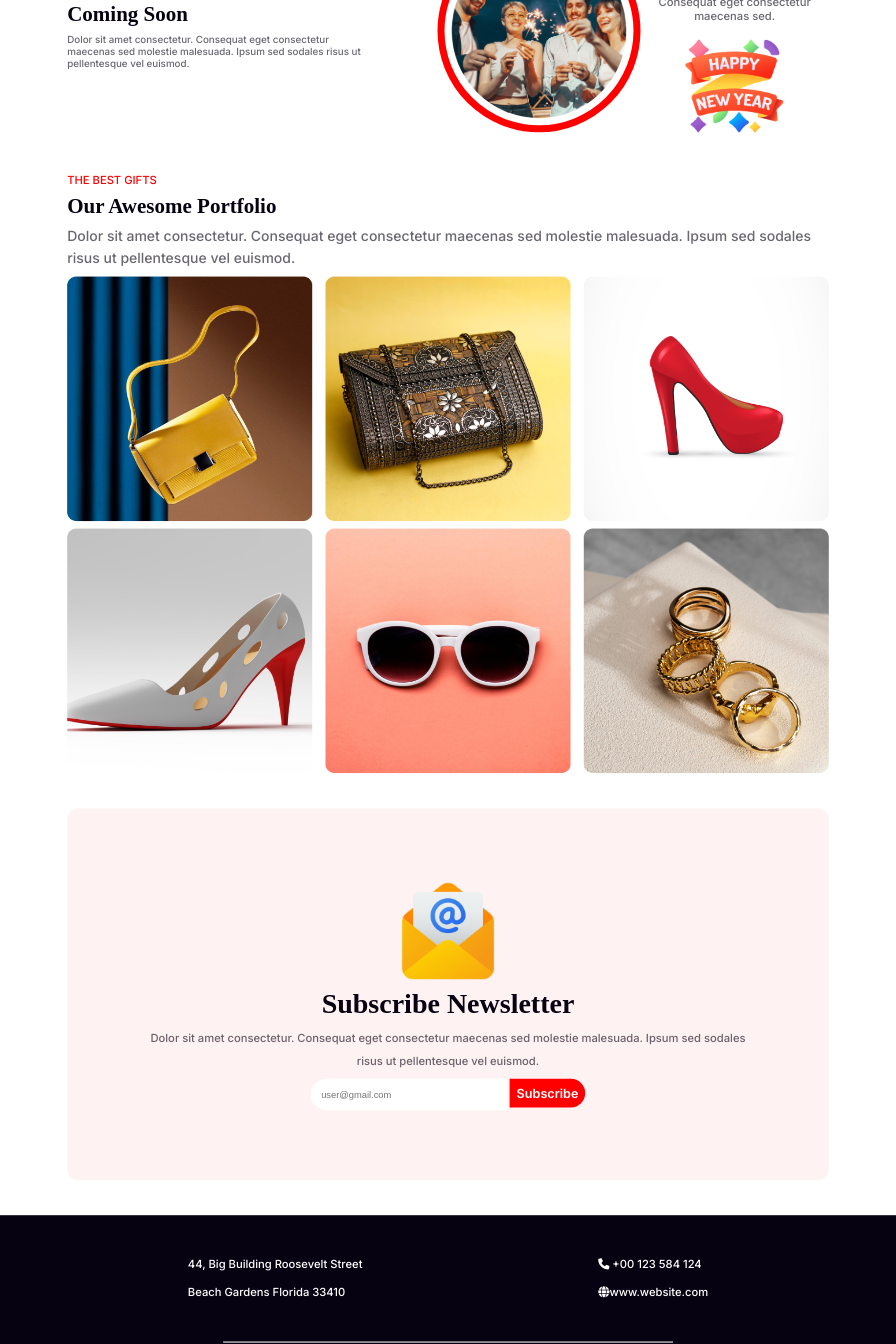
Repository: sumonkumarsarkar/new-year-2024
Page: index.html
These files come from the project's save history. The page is drawn as it stood at one moment and after the next save; the edit follows.
The browser window is 1280 px wide. The pictures show the part of the page from y = 2540 to 4460 px (the page is 4813 px tall before and 4879 px after), at 70% of full size.

Above is the page before, as saved 2024-01-08 16:32:40.

### index.html
<!DOCTYPE html>
<html lang="en">
  <head>
    <meta charset="UTF-8" />
    <meta name="viewport" content="width=device-width, initial-scale=1.0" />
    <title>Happy Nwe Year-2024</title>
    <link rel="preconnect" href="https://fonts.googleapis.com" />
    <link rel="preconnect" href="https://fonts.gstatic.com" crossorigin />
    <link
      href="https://fonts.googleapis.com/css2?family=Inter:wght@100;200;300;500;600;700&display=swap"
      rel="stylesheet"
    />

    <link rel="stylesheet" href="https://cdnjs.cloudflare.com/ajax/libs/font-awesome/6.5.1/css/all.min.css" integrity="sha512-DTOQO9RWCH3ppGqcWaEA1BIZOC6xxalwEsw9c2QQeAIftl+Vegovlnee1c9QX4TctnWMn13TZye+giMm8e2LwA==" crossorigin="anonymous" referrerpolicy="no-referrer" />
    <link rel="stylesheet" href="/style.css" />
  </head>
  <body>
    <!-- banner-section start  -->
    <header>
      <div class="container banner">
        <div class="heading-text">
          <h4>Happy New Year</h4>
          <h3>New Year Party Celebration</h3>
        </div>
      </div>
    </header>
    <!-- banner-section end  -->

    <!-- holiday deal start  -->
    <section id="holiday-deal">
      <div class="container-holiday">
        <div class="holiday-text">
          <h2>65% OFF</h2>
          <p>OUR HOLIDAY DEALS ARE BETTER</p>
          <h4>ALL CATEGORIES</h4>
        </div>
        <div class="holiday-img">
          <img src="./image/New Year Photo.png" alt="" />
        </div>
      </div>
    </section>
    <!-- holiday deal end  -->

    <section id="midnight-section">
      <div class="container midnight-banner">
        <div class="midnight-content">
          <div class="midnight-text">
            <h3>Welcome to midnight party</h3>
            <p>
              Dolor sit amet consectetur. Consequat eget consectetur maecenas
              sed molestie malesuada. Ipsum sed sodales risus ut pellentesque
              vel euismod.
            </p>
            <button type="button">JOIN NOW</button>
          </div>
          <div class="midmight-img">
            <img src="./image/Group 70.png" alt="" />
          </div>
        </div>
      </div>
    </section>

     <!-- park hotel start  -->
<section id="park-hotel">
    <div class="container park-hotel-text">
     <p>Place: New Park Hotel</p>
     <p>Date: 31 December Night 2023</p>
     <p>Time: Evening 7.30 pm to 12.30 am</p>
     <button class="park-hotel-button" type="button">JOIN NOW</button>
    </div>
</section>
 <!-- park hotel end  -->


 <!-- best offer start  -->
 <section id="best-offer">
    <div class="container best-banner">
        <div class="best-offer-text">
            <div class="offer-text">
                <h5>NEW BEST OFFER</h5>
                <h4>Coming Soon</h4>
                <p>Dolor sit amet consectetur. Consequat eget consectetur maecenas sed molestie malesuada. Ipsum sed sodales risus ut pellentesque vel euismod. </p>
            </div>
            <div class="offer-img">
                <img src="./image/Ellipse 1.png" alt="">
            </div>
            <div class="offer-text-img">
                <h3>2024</h3>
                <p>Dolor sit amet consectetur. Consequat eget consectetur maecenas sed.</p>
                <img src="./image/Group 96.png" alt="">
            </div>

        </div>
    </div>
 </section>

 <!-- best offer end  -->

 <!-- holiday best offer start  -->

 <section id="holiday-offer">
    <div class="container">
        <div class="holiday-offer-text">
            <h5></h5>
        </div>
    </div>
 </section>
 <!-- holiday best offer end  -->

 <!-- portfolio section start  -->

<section id="fortfolio">
    <div class="container">
        <div class="protfolio-text-image">
            <div class="protfolio-text">
                   <h5>THE BEST GIFTS</h5>
                   <h4>Our Awesome Portfolio</h4>
                   <p>Dolor sit amet consectetur. Consequat eget consectetur maecenas sed molestie malesuada. Ipsum sed sodales risus ut pellentesque vel euismod. </p>
            </div>
            <div class="protfolio-image">
                <div class="image-div">
                    <img src="./image/Rectangle 3.png" alt="">
                    <img src="./image/Rectangle 4.png" alt="">
                    <img src="./image/Rectangle 5.png" alt="">
                </div>
                <div class="image-div">
                    <img src="./image/Rectangle 6.png" alt="">
                    <img src="./image/Rectangle 7.png" alt="">
                    <img src="./image/Rectangle 8.png" alt="">
                </div>

            </div>
        </div>
    </div>
</section>
 <!-- portfolio section end -->



 <section id="subscribe">
    <div class="container subscribe-banner">
        <div class="subscribe-content">
           <div class="subscribe-image">
            <img src="./image/Group 61.png" alt="">
           </div>
           <div class="subscribe-text">
            <h3>Subscribe Newsletter</h3>
            <p>Dolor sit amet consectetur. Consequat eget consectetur maecenas sed molestie malesuada. Ipsum sed sodales risus ut pellentesque vel euismod.</p>
           </div>

           <div class="subscribe-input">
            <input  type="email" placeholder="user@gmail.com">
            <button class="subscribe-button" type="submit">subscribe</button>
           </div>
        </div>
    </div>
 </section>

 <footer>
    <div class="footer-cntainer">
        <div class="footer-text">
            <div class="nornal-text">
                <p>44, Big Building Roosevelt Street</p>
                    <p>Beach Gardens Florida 33410</p>
            </div>
            <div class="icon-text">
                <p><span><i class="fa-solid fa-phone"></i></span> +00 123 584 124</p>
                <p><span><i class="fa-solid fa-globe"></i></span>www.website.com</p>
            </div>
        </div>
        <hr>
        <div class="icon-img">
           <img src="./image/Facebook.png" alt="">
           <img src="./image/Instagram.png" alt="">
           <img src="./image/Twitter.png" alt="">
           <img src="./image/Linkedin.png" alt="">
        </div>
       <div class="footer-last-text">
         <p>017, All Rights Reserved</p>
          <p>unsubscribe</p>
       </div>

    </div>
 </footer>


  </body>
</html>

### style.css
* {
    margin: 0;
    padding: 0;
}

body {
    font-family: "Inter", sans-serif;
    width:100%;
    max-width:1320px;
}

/* banner section end  */
.container {
    max-width: 1140px;
    width: 85%;
    margin: 50px auto;
}

.banner {
    background-image: url(./image/Banner\ Image.png);
    background-position: center;
    background-repeat: no-repeat;
    background-size: cover;
}

.heading-text {
    text-align: center;
    justify-content: center;
    padding: 177px 300px;
}

.heading-text h3 {
    color: #fff;
    text-align: center;
    font-family: Merriweather;
    font-size: 50px;
    font-style: normal;
    font-weight: 900;
}

.heading-text h4 {
    color: #fff;
    text-align: center;
    font-family: Merriweather;
    font-size: 25px;
    font-style: normal;
    font-weight: 400;
    line-height: normal;
}

/* banner section end  */

/* holiday -section start  */
.container-holiday {
    width: 85%;
    max-width: 680px;
    margin: 0 auto;
}

.holiday-text {
    text-align: center;
    justify-content: center;
    padding: 50px 50px;
    margin: 50px;
}

.holiday-text h2 {
    color: #f00;
    text-align: center;
    font-family: Inter;
    font-size: 70px;
    font-style: normal;
    font-weight: 700;
    line-height: normal;
}

.holiday-text p {
    color: #f00;

    text-align: center;
    font-family: Inter;
    font-size: 20px;
    font-style: normal;
    font-weight: 500;
    line-height: normal;
}

.holiday-text h4 {
    color: #070211;

    text-align: center;
    font-family: Inter;
    font-size: 35px;
    font-style: normal;
    font-weight: 700;
    line-height: normal;
}

.holiday-img {
    text-align: center;
    justify-content: center;
    width: 680px;
    height: 500px;
}

/* holiday -section start  */

/* midnight party start  */

.midnight-banner {
    background-image: url("./image/Vectorrr.png");
    background-position: center;
    background-repeat: no-repeat;
    background-size: cover;
}

.midnight-content {
    display: flex;
    justify-content: space-between;
    align-items: center;
}

.midnight-text {
    padding: 50px 0px 50px 50px;
    align-items: center;
}

.midnight-text h3 {
    align-items: center;
    color: #fff;
    font-family: Merriweather;
    font-size: 80px;
    font-style: normal;
    font-weight: 900;


}

.midnight-text p {
color: rgba(255, 255, 255, 0.80);
font-family: Inter;
font-size: 10px;
font-style: normal;
font-weight: 400;
line-height: 30px;
}

button {
    color: #FFF;
    text-align:center;
    font-family: Inter;
    font-size: 14px;
    font-style:normal;
    font-weight: 400;
    line-height: normal;
    text-transform:uppercase;
    background: #070211;
    border:none;
    padding: 10px 10px;
}

.midmight-img{
    padding:50px 50px ;
}

/* midnight party end */




/* park hotel start */

.park-hotel-text{
 background: linear-gradient(180deg, rgba(255, 0, 0, 0.10) 0%, rgba(255, 0, 0, 0.00) 100%);
 text-align: center;
 margin:0 auto;
 padding: 100px 0px;
}

.park-hotel-button{
color: #FFF;
text-align: center;
font-family: Inter;
font-size: 13px;
font-style: normal;
font-weight: 700;
line-height: normal;
text-transform: uppercase;
background: #f00;
margin-top: 20px;


}
/* park hotel end */


/* best offer start  */

.best-offer-text{
    display: flex;
    justify-content: space-between;
    align-items: center;
}
.best-banner{
    background: #FFF;
    margin-top: 50px;
}
.offer-text h5{
color: #F00;
font-family: Inter;
font-size: 16px;
font-style: normal;
font-weight: 500;
line-height: normal;
}
.offer-text h4{
    color: #070211;
    font-family: Merriweather;
    font-size:30px;
    font-style: normal;
    font-weight: 900;
    line-height: normal;
    text-transform: capitalize;
}
.offer-text p{
color: rgba(7, 2, 17, 0.60);
font-family: Inter;
font-size: 14px;
font-style: normal;
font-weight: 400;
padding: 10px 100px 10px 0px;

}
.offer-img img{
border-radius:200px;
border: 10px solid #F00;
padding: 10px;
width: 250px;

}
.offer-text-img{
    text-align: center;

}
.offer-text-img h3{
font-size: 48px;
font-style: normal;
font-weight: 700;
line-height: normal;
color: #f00;
padding-bottom: 20px;

}
.offer-text-img p{
    color: rgba(7, 2, 17, 0.60);

    font-family: Inter;
    font-size: 16px;
    font-style: normal;
    font-weight: 400;
    padding-bottom: 20px;

}



/* best offer end */



/* portfolio section start  */

.protfolio-text h5{
    color: #F00;
font-family: Inter;
font-size: 16px;
font-style: normal;
font-weight: 500;
line-height: normal;
margin-bottom: 10px;
}
.protfolio-text h4{
    color: #070211;
    font-family: Merriweather;
    font-size: 30px;
    font-style: normal;
    font-weight: 900;
    line-height: normal;
    text-transform: capitalize;
    margin-bottom: 10px;
}
.protfolio-text p{
color: rgba(7, 2, 17, 0.60);
font-family: Inter;
font-size: 20px;
font-style: normal;
font-weight: 400;
line-height: 32px;
margin-bottom: 10px;
}
.image-div{
    display: flex;
    justify-content:space-between;
    margin: 10px 0;

}

.image-div img{
   width:350px;
   height: 350px;

}
/* portfolio section end  */


/* subscribe section start  */

.subscribe-banner{
border-radius:16px;
background: rgba(255, 0, 0, 0.05);

}
.subscribe-content{
padding:100px 0;
text-align: center;
}
.subscribe-text h3{
color: #070211;
text-align: center;
font-family: Merriweather;
font-size:40px;
font-style: normal;
font-weight: 900;
line-height: normal;
text-transform: capitalize;
}
.subscribe-text p{
    color: rgba(7, 2, 17, 0.60);
    text-align: center;
    font-family: Inter;
    font-size: 16px;
    font-style: normal;
    font-weight: 400;
    line-height: 32px;
    padding: 10px 100px;
}

.subscribe-button{
color: #FFF;
text-align: center;
font-family: Inter;
font-size: 18px;
font-style: normal;
font-weight: 600;
line-height: normal;
text-transform: capitalize;
background: #F00;
border-radius:0px 50px 50px 0px;

}

.subscribe-input input{
display:inline-block;
border:none;
padding:15px;
width: 250px;
border-radius:50px 0px 0px 50px;
}
/* subscribe section end  */



/* footer section start  */
.footer-cntainer{
    width:100%;
    max-width:1320px;
    background: #070211;


}
.nornal-text p{
font-size: 16px;
font-style: normal;
font-weight: 500;
line-height: 40px;
color: #FFF;
}
.footer-text{
    display: flex;
    margin: 0 auto;
    justify-content: space-around;
    padding:50px 100px;


}
.icon-img{
    display: flex;
    justify-content: center;
    align-items: center;
    margin-top:50px;
}
.icon-img img{
    margin: 10px;
}
.icon-text{
 font-size: 16px;
font-style: normal;
font-weight: 500;
line-height: 40px;
color: #FFF;
}

.footer-last-text{
    display: flex;
    justify-content: space-between;
}
.footer-last-text p{
padding: 100px;
font-size: 16px;
font-style: normal;
font-weight: 500;
line-height: normal;
color: #FFF;
}
hr{
    width: 50%;
    color: #8f3f3f;
    margin: 0 auto;

}

/* footer section end  */

After the next save:
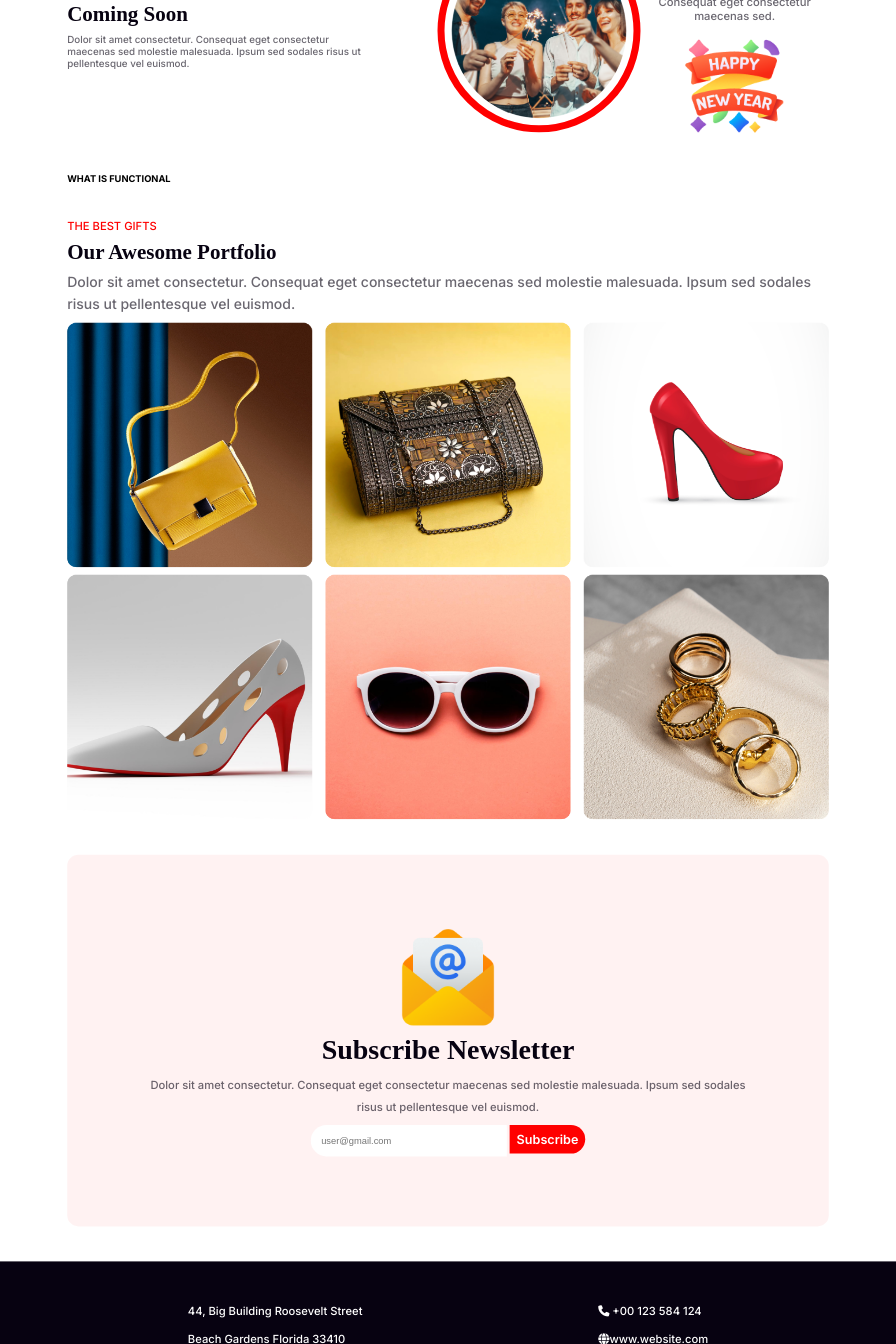
Saved 21 s later.
--- a/index.html
+++ b/index.html
@@ -101,7 +101,8 @@
  <section id="holiday-offer">
     <div class="container">
         <div class="holiday-offer-text">
-            <h5></h5>
+            <h5>WHAT IS FUNCTIONAL</h5>
+            <h3></h3>
         </div>
     </div>
  </section>
